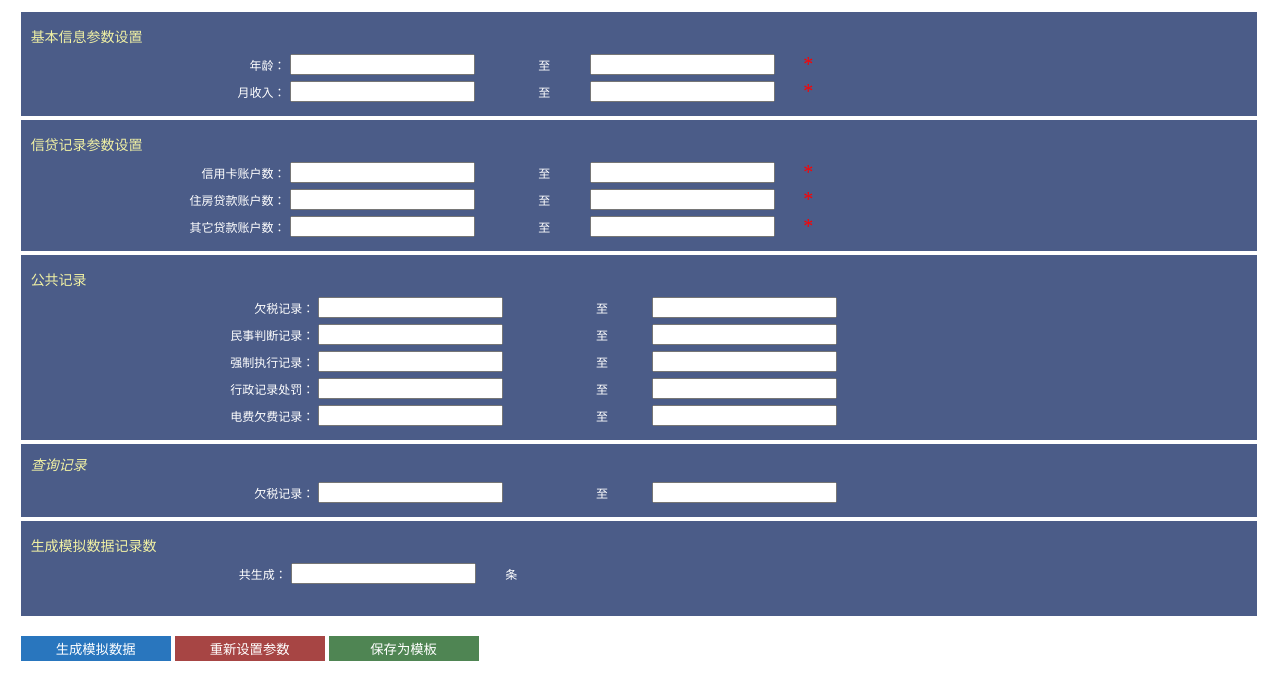
Repository: trieyouth/BigData
Page: http://localhost/BigData/WEB-INF/views/client-credit-analyse-system/data-collect/generateData.jsp
An editor plug-in stored every save of this project. The page is shown before and after the next save, followed by the edit.
The browser window is 1280 px wide. The pictures show the whole page.
The page is served by Tomcat 9. Nobody is signed in. Other server files are loaded and not shown. The template is opened directly, without the code that normally fills it, so the values that code supplies are empty.

Above is the page before, as saved 2016-03-06 15:48:36.

### BigData/WebRoot/WEB-INF/views/client-credit-analyse-system/data-collect/generateData.jsp
<%@ page language="java" import="java.util.*" contentType="text/html; charset=utf-8" pageEncoding="utf-8"%>
<%@taglib prefix="c" uri="http://java.sun.com/jsp/jstl/core" %>
<%
String path = request.getContextPath();
String basePath = request.getScheme()+"://"+request.getServerName()+":"+request.getServerPort()+path+"/";
%>

<!DOCTYPE HTML PUBLIC "-//W3C//DTD HTML 4.01 Transitional//EN">
<html>
  <head>
    <base href="<%=basePath%>">
    <meta charset="utf-8">
<title>数据录入 </title>


	<meta http-equiv="pragma" content="no-cache">
	<meta http-equiv="cache-control" content="no-cache">
	<meta http-equiv="expires" content="0">
	<meta http-equiv="keywords" content="keyword1,keyword2,keyword3">
	<meta http-equiv="description" content="This is my page">
     <link href="<c:url value="/css/mycss.css"/>" rel="stylesheet" type="text/css">

  </head>

  <body>
<div style="height:4px; width:100%;"></div>
<form name="frm" method="POST" action="<c:url value="/ccas/index/dataCollect/generateData"/>">

  <!--基本参数设置区域-->

  <div id="lightcolor">
    <div style="height:4px; width:100%;"></div>
    <label  id="labelhead">基本信息参数设置</label>
    <div style="height:4px; width:100%;"></div>
    <table frame="void" width = "70%" height="25" >
      <tr>
        <td width="30%"  height="25"  style="text-align:right" ><label id="labelbody" > 年龄： </label></td>
        <td width="25%"  height="25"  ><label id="labelbody" >
            <input  type="text" id="inputwidth" name="minAge" >
          </label></td>
        <!--那么属性为参数名-->
        <td width="10%"  height="25"  style="text-align:center"  ><label id="labelbody" > 至 </label></td>
        <td width="25%"  height="25"  ><label id="labelbody" >
            <input  type="text" id="inputwidth" name="maxAge" >
          </label></td>
        <td width="10%"  height="25" ><label id="labelbody1" >* </label></td>
      </tr>
      <tr>
        <td width="30%"  height="25"  style="text-align:right" ><label id="labelbody" > 月收入： </label></td>
        <td width="25%"  height="25"  ><label id="labelbody" >
            <input  type="text" id="inputwidth" name="minMonthlyIncome" >
          </label></td>
        <td width="10%"  height="25"  style="text-align:center"  ><label id="labelbody" > 至 </label></td>
        <td width="25%"  height="25"  ><label id="labelbody" >
            <input  type="text" id="inputwidth" name="maxMonthlyIncome" >
          </label></td>
        <td width="10%"  height="25" ><label id="labelbody1" >*</label></td>
      </tr>

    </table>
  </div>

  <!--开始下一个参数组-->
  <div style="height:4px; width:100%;"></div>
  <div id="lightcolor">
    <div style="height:4px; width:100%;"></div>
    <label  id="labelhead">信贷记录参数设置</label>
    <div style="height:4px; width:100%;"></div>
    <table frame="void" width = "70%" height="25" >
      <tr>
        <td width="30%"  height="25"  style="text-align:right" ><label id="labelbody" > 信用卡账户数： </label></td>
        <td width="25%"  height="25"  ><label id="labelbody" >
            <input  type="text" id="inputwidth" name="minCreditNum" >
          </label></td>
        <td width="10%"  height="25"  style="text-align:center"  ><label id="labelbody" > 至 </label></td>
        <td width="25%"  height="25"  ><label id="labelbody" >
            <input  type="text" id="inputwidth" name="maxCreditNum" >
          </label></td>
        <td width="10%"  height="25"  ><label id="labelbody1" >* </label></td>
      </tr>
      <tr>
        <td width="30%"  height="25"  style="text-align:right" ><label id="labelbody" > 住房贷款账户数：</label></td>
        <td width="25%"  height="25"  ><label id="labelbody" >
            <input  type="text" id="inputwidth" name="minHouseLoan" >
          </label></td>
        <td width="10%"  height="25"  style="text-align:center"  ><label id="labelbody" > 至 </label></td>
        <td width="25%"  height="25"  ><label id="labelbody" >
            <input  type="text" id="inputwidth" name="maxHouseLoan" >
          </label></td>
        <td width="10%"  height="25"  ><label id="labelbody1" >* </label></td>
      </tr>
      <tr>
        <td width="30%"  height="25"  style="text-align:right" ><label id="labelbody" >其它贷款账户数：</label></td>
        <td width="25%"  height="25"  ><label id="labelbody" >
            <input  type="text" id="inputwidth" name="minOwingTaxes" >
          </label></td>
        <td width="10%"  height="25"  style="text-align:center"  ><label id="labelbody" > 至 </label></td>
        <td width="25%"  height="25"  ><label id="labelbody" >
            <input  type="text" id="inputwidth" name="maxOwingTaxes" >
          </label></td>
        <td width="10%"  height="25"  ><label id="labelbody1" >* </label></td>
      </tr>
    </table>
  </div>

  <!--开始下一个参数组-->
  <div style="height:4px; width:100%;"></div>
  <div id="lightcolor">
    <div style="height:4px; width:100%;"></div>
    <label  id="labelhead">公共记录</label>
    <div style="height:4px; width:100%;"></div>
    <table frame="void" width = "70%" height="25" >
      <tr>
        <td width="30%"  height="25"  style="text-align:right" ><label id="labelbody" > 欠税记录： </label></td>
        <td width="25%"  height="25"  ><label id="labelbody" >
            <input  type="text" id="inputwidth" name="minOwingTaxes" >
          </label></td>
        <td width="10%"  height="25"  style="text-align:center"  ><label id="labelbody" > 至 </label></td>
        <td width="25%"  height="25"  ><label id="labelbody" >
            <input  type="text" id="inputwidth" name="maxOwingTaxes" >
          </label></td>
        <!-- <td width="10%"  height="25"  style="text-align:center"  ><label id="labelbody" > </label></td> -->
      </tr>
      <tr>
        <td width="30%"  height="25"  style="text-align:right" ><label id="labelbody" > 民事判断记录： </label></td>
        <td width="25%"  height="25"  ><label id="labelbody" >
            <input  type="text" id="inputwidth" name="minCivilJudgmentRecord" >
          </label></td>
        <td width="10%"  height="25"  style="text-align:center"  ><label id="labelbody" > 至 </label></td>
        <td width="25%"  height="25"  ><label id="labelbody" >
            <input  type="text" id="inputwidth" name="maxCivilJudgmentRecord" >
          </label></td>
        <!-- <td width="10%"  height="25"  style="text-align:center"  ></td> -->
      </tr>
      <tr>
        <td width="30%"  height="25"  style="text-align:right" ><label id="labelbody" > 强制执行记录： </label></td>
        <td width="25%"  height="25"  ><label id="labelbody" >
            <input  type="text" id="inputwidth" name="minEnforcement" >
          </label></td>
        <td width="10%"  height="25"  style="text-align:center"  ><label id="labelbody" > 至 </label></td>
        <td width="25%"  height="25"  ><label id="labelbody" >
            <input  type="text" id="inputwidth" name="maxEnforcement" >
          </label></td>
        <!-- <td width="10%"  height="25"  style="text-align:center"  ></td> -->
      </tr>
      <tr>
        <td width="30%"  height="25"  style="text-align:right" ><label id="labelbody" > 行政记录处罚： </label></td>
        <td width="25%"  height="25"  ><label id="labelbody" >
            <input  type="text" id="inputwidth" name="minAdministrativerPunishment" >
          </label></td>
        <td width="10%"  height="25"  style="text-align:center"  ><label id="labelbody" > 至 </label></td>
        <td width="25%"  height="25"  ><label id="labelbody" >
            <input  type="text" id="inputwidth" name="maxAdministrativerPunishment" >
          </label></td>
        <!-- <td width="10%"  height="25"  style="text-align:center"  ><label id="labelbody" > </label></td> -->
      </tr>
      <tr>
        <td width="30%"  height="25"  style="text-align:right" ><label id="labelbody" > 电费欠费记录： </label></td>
        <td width="25%"  height="25"  ><label id="labelbody" >
            <input  type="text" id="inputwidth" name="minElectricityArrears" >
          </label></td>
        <td width="10%"  height="25"  style="text-align:center"  ><label id="labelbody" > 至 </label></td>
        <td width="25%"  height="25"  ><label id="labelbody" >
            <input  type="text" id="inputwidth" name="maxmElectricityArrears" >
          </label></td>
        <!-- <td width="10%"  height="25"  style="text-align:center"  ><label id="labelbody" > </label></td> -->
      </tr>
    </table>
  </div>

    <i><div style="height:4px; width:100%;"></div>
    <div id="lightcolor">
    <label id="labelhead">查询记录</label>
    <div style="height:4px; width:100%;"></div>
    <table frame="void" width="70%" height="25">
      <tr>
        <td width="30%" height="25" style="text-align:right"><label id="labelbody">欠税记录： </label></td>
        <td width="25%" height="25"><label id="labelbody">
            <input type="text" id="inputwidth" name="minSelectOwingTaxes"></label></td>
        <td width="10%" height="25" style="text-align:center"><label id="labelbody"> 至 </label></td>
        <td width="25%" height="25"><label id="labelbody">
            <input type="text" id="inputwidth" name="maxSelectOwingTaxes"> </label></td>
        <!-- <td width="10%" height="25" style="text-align:center"><label id="labelbody"> </label></td> -->
      </tr>
    </table>
  </div></i>

  <!--开始下一个参数组-->
  <div style="height:4px; width:100%;"></div>
  <div id="lightcolor">
    <div style="height:4px; width:100%;"></div>
    <label  id="labelhead">生成模拟数据记录数</label>
    <div style="height:4px; width:100%;"></div>
    <table frame="void" width = "70%" height="25" >
      <tr>
        <td width="30%"  height="25"  style="text-align:right" ><label id="labelbody" > 共生成： </label></td>
        <td width="25%"  height="25"  ><label id="labelbody" >
            <input  type="text" id="inputwidth" name="generateRecordNum" ></label></td>
        <td width="45%"  height="25"    ><label id="labelbody" style="text-align:left"> 条</label></td>
      </tr>
    </table><br>
  </div>

  <div style="height:20px; width:100%;">${OperateStatus }</div>
  <!--选择按钮功能-->
  <div id="buttoncon">
    <button  id="button1style" type="submit" onclick="ClickGenerateData()" >生成模拟数据</button>
    <!--点击此按钮后台获得参数-->
    <button  type="Reset" id="button2style">重新设置参数</button>
    <button  type="submit" id="button3style" onclick="ClickSaveForTemplate()" >保存为模板</button>
    <!-- <button  type="Reset" id="button2style">设置生成字段</button> -->
  </div>
</form>
  </body>
  <script language="javascript" type="text/javascript">
  function ClickGenerateData(){
        document.frm.action="<c:url value="/ccas/index/dataCollect/generateData"/>";
        document.frm.submit();
   }
  function ClickSaveForTemplate(){
      document.frm.action="<c:url value="/ccas/index/dataCollect/saveAsTemplate"/>";
      document.frm.submit();
 }
  </script>
</html>

### BigData/WebRoot/WEB-INF/resources/css/mycss.css
@charset "utf-8";
/* CSS Document */

#continaer{
	margin: 0px auto;
	width:80%;
	height:750px;
	//min-height:700px;
	background-color:rgb(18,24,48);
	padding:10px;
	border:0;
	}
#header{
	height:20%;
	width:100%;
	margin:0 auto;
	padding:0;
	border:0;
	background-color:rgb(76,93,137);}
    hr{ margin-top:0;
	margin-bottom:0;}

#bod{
	height:80%;
	width:100%;
	margin-top:0%;
	padding:0;
	background-color:rgb(76,93,137);
	}
#leftbody{
	margin:0;
	padding:0;
	border:0;
	width:20%;
	height:100%;
	background-color:rgb(18,24,48);
	float:left;
	}
#rightbody{
	margin:0;
	padding:0;
	border:0;
	width:80%;
	height:100%;
	background-color:rgb(49,69,120);
	float:left;}
#navhead{
	width:100%;
	height:50px;
	border:0;
	margin:0;
	padding:0;
	background:rgb(49,69,120);}

#hrc{
	margin-top:0;}
.nav ul {
	width:100%;
	height: 50px;
	padding: 0;
	margin-top:0;
}
.nav ul li {
	float: left;
	list-style: none;
}
.nav ul li a {
	width: 145px;
	height: 41px;
	line-height: 41px;
	background: rgb(49,69,120);
	color: #000;
	font-size: 14px;
	display: block;
	text-align: center;
	text-decoration: none;
	font-size: 16px;
	font-family:Microsoft YaHei;
	color:#FFF;
}
.nav ul li a:hover {
	width: 145px;
	height: 41px;
	line-height: 41px;
	border: 1px solid rgb(49,69,120);
	color: #000;
}

.meau ul {
	width: 100%;
	padding: 0;
	margin-top: 0;
}
.meau ul li {
	list-style: none;
}
.meau ul li a {
	width: 100%;
	height: 41px;
	line-height: 41px;
	background: rgb(28,40,82);
	color: #000;
	font-size: 14px;
	display: block;
	text-align: center;
	text-decoration: none;
	font-size: 16px;
	font-family: Microsoft YaHei;
	color: #FFF;
}
.meau ul li a:hover {
	width: 100%;
	height: 41px;
	line-height: 41px;
	border: 1px solid rgb(49,69,120);
	color: #FFF;
	background-color: rgb(18,24,48);
}
#lightcolor {
	width: 97%;
	margin-left:1%;
	background-color: #4B5C88;
	border:0;
	padding-top: 10px;
	padding-bottom: 10px;
	padding-left: 10px;
}

#lighttable {
	width: 96%;

	padding-left:10px;
	margin-left:1%;
	background-color: #4B5C88;
	border:0;
}


#buttoncon{
	width: 97%;
	margin-left:1%;
	padding:0;
	border:0;
}
#labelhead {
	color: #F1F1A4;
	font-size: 14px;
	font-family: Microsoft YaHei;
}
#labelbody {
	color: #FFF;
	font-size: 12px;
	font-family: Microsoft YaHei;
}

the style of input(text)
#inputwidth {
	width: 150px;
	height: 24px;
	background: Transparent;
	border: 1px solid #788587;
}
.cell{
	border-right:#7785A8 solid 1px;
	}

/* the style of * */
#labelbody1 {
	color: red;
	font-size: 20px;
	font-family: Microsoft YaHei;
}

/* the style of button */
#button1style{
	width:150px ;
	height:25px;
	background:#2976BE;
	border:0;
	color:#FFF;
	font-family: Microsoft YaHei;
}

/* the style of button */
#button2style{
    width: 150px;
	height: 25px;
	background: #A74544;
	border: 0;
	color: #FFF;
	font-family: Microsoft YaHei;
}

/* the style of button */
#button3style{
    width:150px ;
    height:25px;
    background:#4F8553;
    border:0;
    color:#FFF;
    font-family: Microsoft YaHei;
}

After the next save:
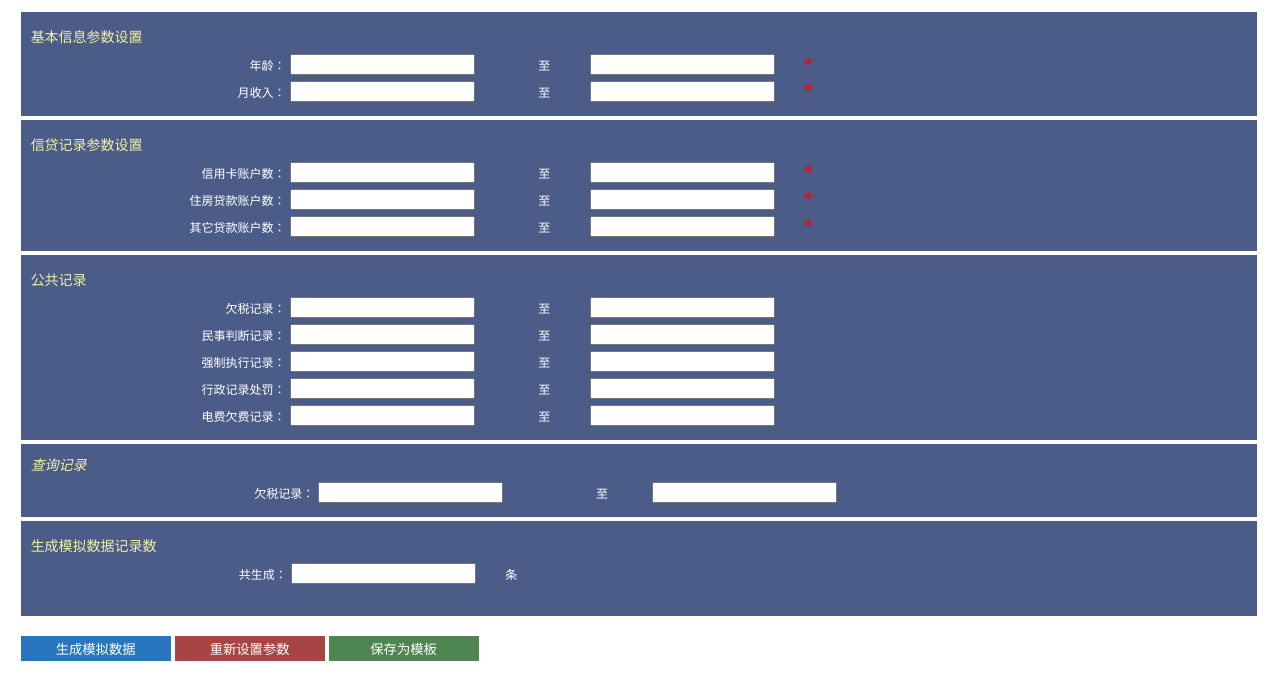
Saved 42 min 13 s later.
--- a/BigData/WebRoot/WEB-INF/views/client-credit-analyse-system/data-collect/generateData.jsp
+++ b/BigData/WebRoot/WEB-INF/views/client-credit-analyse-system/data-collect/generateData.jsp
@@ -119,7 +119,7 @@ String basePath = request.getScheme()+"://"+request.getServerName()+":"+request.
         <td width="25%"  height="25"  ><label id="labelbody" >
             <input  type="text" id="inputwidth" name="maxOwingTaxes" >
           </label></td>
-        <!-- <td width="10%"  height="25"  style="text-align:center"  ><label id="labelbody" > </label></td> -->
+         <td width="10%"  height="25"  style="text-align:center"  ><label id="labelbody" > </label></td>
       </tr>
       <tr>
         <td width="30%"  height="25"  style="text-align:right" ><label id="labelbody" > 民事判断记录： </label></td>
